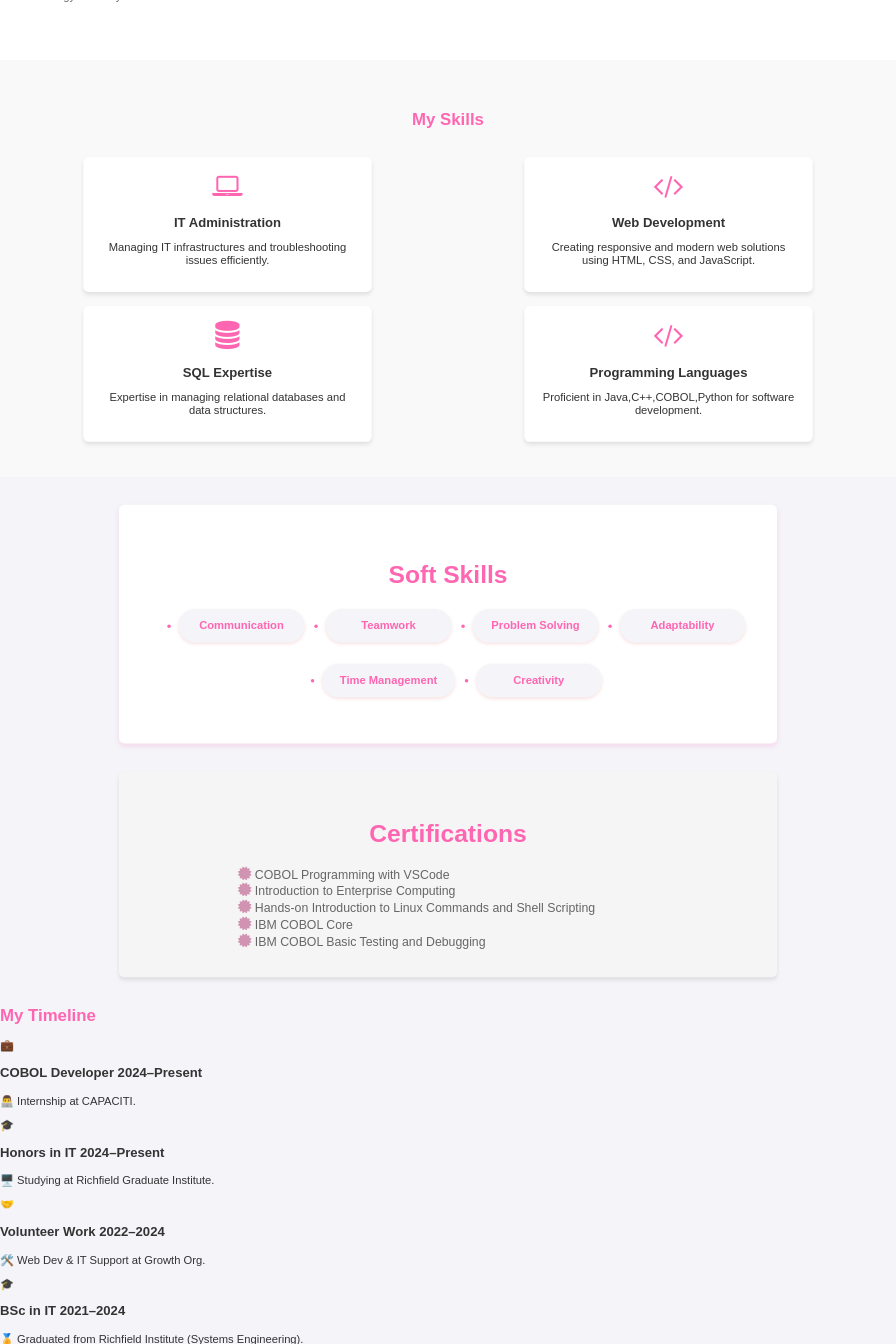
Repository: asandan8106/Asanda-sPortfolio
Page: Portfolio/About.html
The author's editor kept a copy of each file at every save. The page is drawn from the files as they stood at one save, then again after the next save.
The browser window is 1280 px wide. The pictures show the part of the page from y = 793 to 2713 px (the page is 2876 px tall before and 3131 px after), at 70% of full size.

Above is the page before, as saved 2025-05-19 09:23:39.
Console error: ReferenceError: Typed is not defined

After the next save:
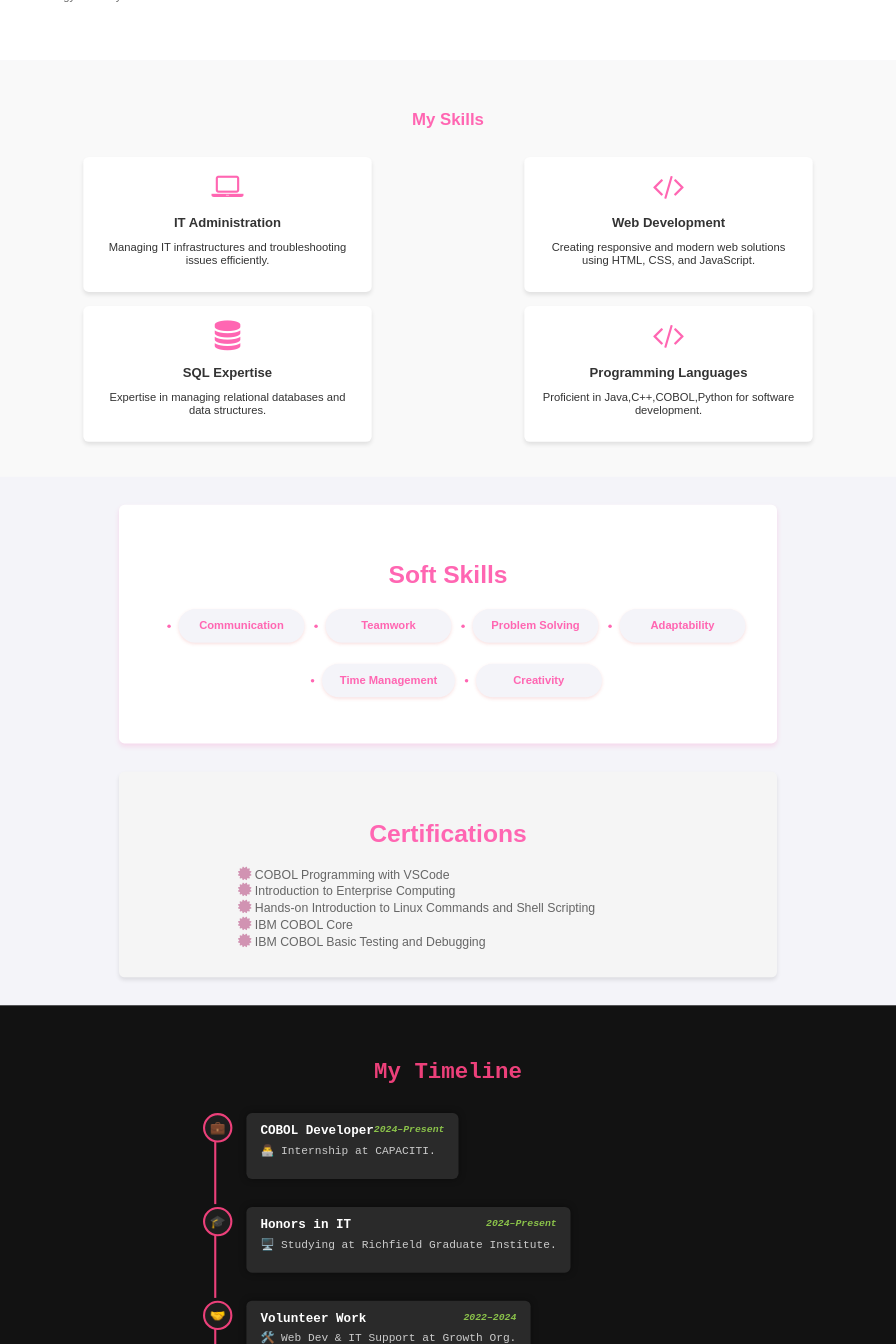
Saved 21 s later.
--- a/Portfolio/styles/CSS/about.css
+++ b/Portfolio/styles/CSS/about.css
@@ -348,58 +348,93 @@
             color: #666;
         } */
 
-        .horizontal-timeline {
+  .steps-timeline {
+  background: #121212;
+  color: white;
   padding: 50px 20px;
-  background: #1e1e1e;
-  color: white;
   font-family: 'Fira Code', monospace;
-  overflow-x: hidden;
-}
-
-.horizontal-timeline h2 {
+}
+
+.steps-timeline h2 {
   text-align: center;
+  color: #ec407a;
   font-size: 32px;
   margin-bottom: 40px;
+}
+
+.timeline-container {
+  display: flex;
+  flex-direction: column;
+  align-items: start;
+  position: relative;
+  margin: 0 auto;
+  max-width: 700px;
+}
+
+.timeline-step {
+  display: flex;
+  align-items: flex-start;
+  position: relative;
+  margin-bottom: 40px;
+}
+
+.timeline-step .icon {
+  width: 36px;
+  height: 36px;
+  border: 3px solid #ec407a;
+  border-radius: 50%;
+  display: flex;
+  align-items: center;
+  justify-content: center;
+  background: #1e1e1e;
   color: #ec407a;
-}
-
-.timeline-scroll {
+  font-size: 18px;
+  flex-shrink: 0;
+  position: relative;
+  z-index: 2;
+}
+
+.timeline-step .line {
+  width: 3px;
+  background: #ec407a;
+  height: 100%;
+  position: absolute;
+  left: 16px;
+  top: 36px;
+  z-index: 1;
+}
+
+.timeline-step .line.none {
+  display: none;
+}
+
+.timeline-step .content {
+  margin-left: 20px;
+  background: #2a2a2a;
+  padding: 15px 20px;
+  border-radius: 8px;
+  box-shadow: 0 0 10px rgba(0,0,0,0.4);
+}
+
+.timeline-step .content h3 {
+  margin: 0;
+  font-size: 18px;
   display: flex;
-  gap: 20px;
-  overflow-x: auto;
-  padding-bottom: 10px;
-  scroll-snap-type: x mandatory;
-  -webkit-overflow-scrolling: touch;
-}
-
-.timeline-card {
-  background: #2c2c2c;
-  border-left: 4px solid #ec407a;
-  padding: 20px;
-  min-width: 250px;
-  flex-shrink: 0;
-  border-radius: 10px;
-  box-shadow: 0 4px 10px rgba(0,0,0,0.5);
-  scroll-snap-align: start;
-}
-
-.timeline-card h3 {
-  margin: 0;
-  font-size: 16px;
+  justify-content: space-between;
+  color: #fff;
+}
+
+.timeline-step .content h3 span {
+  font-size: 14px;
+  font-style: italic;
   color: #8bc34a;
-  font-style: italic;
-}
-
-.timeline-card h4 {
-  margin: 5px 0;
-  font-size: 20px;
-  color: #ffffff;
-}
-
-.timeline-card p {
-  font-size: 15px;
+}
+
+.timeline-step .content p {
+  margin-top: 8px;
   color: #ccc;
 }
+
 
         /* Footer */
         footer {
